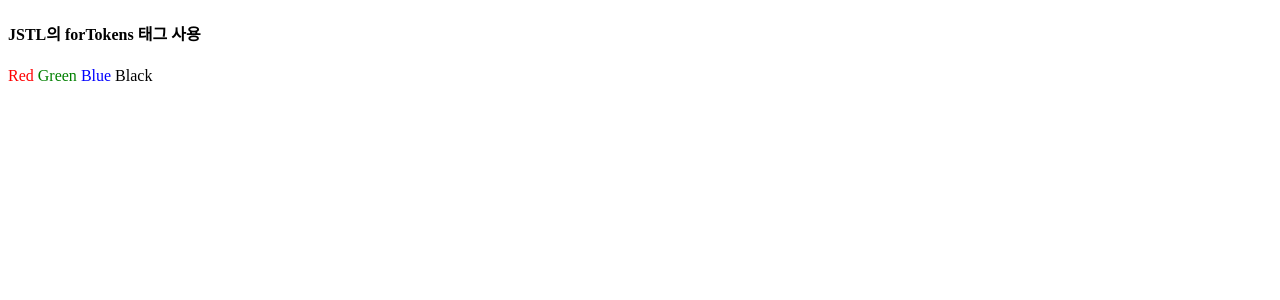
Repository: SteelIndustry/neo
Page: http://localhost/HelloWorld/11JSTL/core/ForTokens.jsp
The author's editor kept a copy of each file at every save. The page is drawn from the files as they stood at one save, then again after the next save.
The browser window is 1280 px wide. The pictures show the whole page.
The page is served by Tomcat 9.

Above is the page before, as saved 2022-09-09 10:49:04.

After the next save:
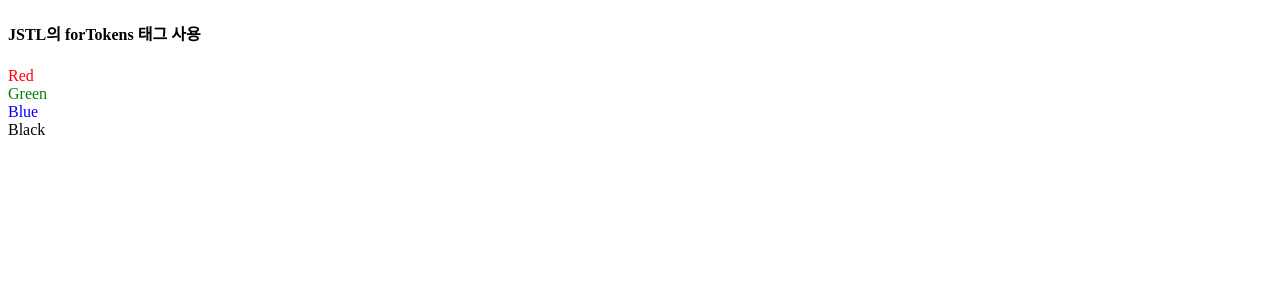
Saved 17 s later.
--- a/WebJSP/HelloWorld/WebContent/11JSTL/core/ForTokens.jsp
+++ b/WebJSP/HelloWorld/WebContent/11JSTL/core/ForTokens.jsp
@@ -14,7 +14,7 @@
 	%>
 	<h4>JSTL의 forTokens 태그 사용</h4>
 	<c:forTokens items="<%=rgba %>" delims="," var="color">
-		<span style="color:${color};">${color }</span>
+		<span style="color:${color};">${color }</span> <br />
 	</c:forTokens>
 </body>
 </html>
